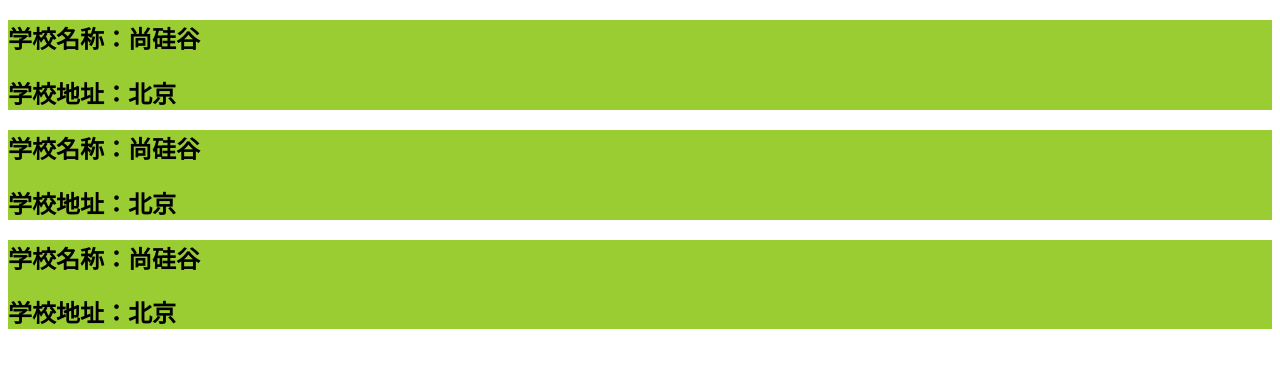
Repository: 319226862/wyy
Page: / (app in vue_test/)
The author's editor kept a copy of each file at every save. The page is drawn from the files as they stood at one save, then again after the next save.
The browser window is 1280 px wide. The pictures show the whole page.
The project was rebuilt for these pictures with package versions that can differ from the ones it lists, and the page was loaded fresh each time. Also part of the build but not shown: vue_test/vue.config.js, vue_test/src/components/Student.vue.

Above is the page before, as saved 2023-06-19 14:42:12.

After the next save:
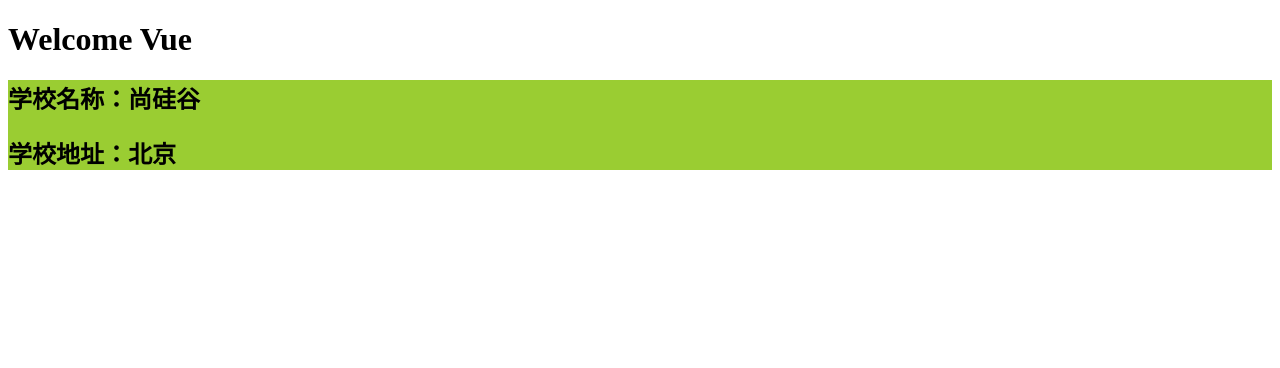
Saved 4 min 34 s later.
--- a/vue_test/src/App.vue
+++ b/vue_test/src/App.vue
@@ -1,7 +1,6 @@
 <template>
   <div>
-    <School/>
-    <School/>
+    <h1 v-text="msg"></h1>
     <School/>
   </div>
 </template>
@@ -13,6 +12,7 @@ export default {
   name:'App',
   data(){
     return{
+      msg:'Welcome Vue'
     }
   },
   components:{
